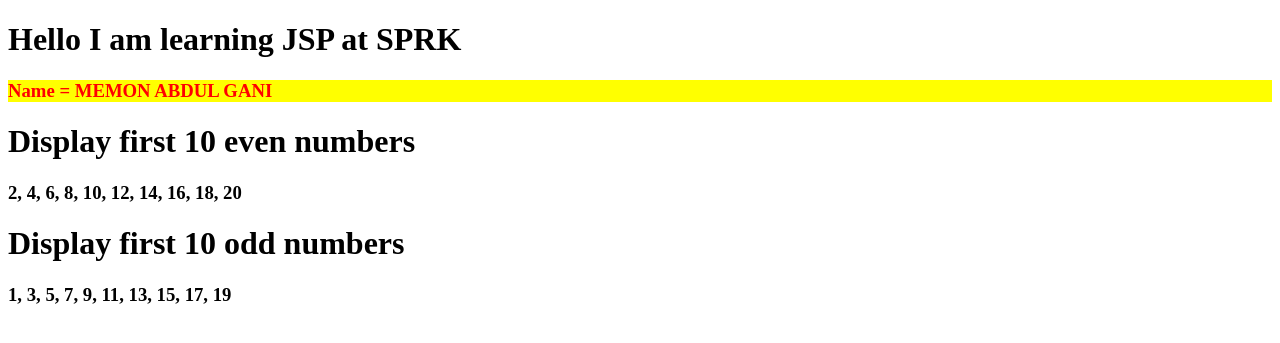
Repository: Gani25/adv_java_b2
Page: http://localhost/jsp_demo/demo.jsp
An editor plug-in stored every save of this project. The page is shown before and after the next save, followed by the edit.
The browser window is 1280 px wide. The pictures show the whole page.
The page is served by Tomcat 9. Other server files are loaded and not shown.

Above is the page before, as saved 2025-08-21 11:13:09.

### jsp_demo/src/main/webapp/demo.jsp
<%@page import="java.util.Date"%>
<%@ page language="java" contentType="text/html; charset=UTF-8"
	pageEncoding="UTF-8"%>
<!DOCTYPE html>
<html>
<head>
<meta charset="UTF-8">
<title>Demo JSP Page</title>
</head>
<body>
	<h1>Hello I am learning JSP at SPRK</h1>

	<%
	String name = "Memon Abdul Gani";

	String nameUpper = name.toUpperCase();

	// implicit objects
	out.print("<h3 style=\"color:red; background-color:yellow;\">Name = " + nameUpper + "</h3>");
	%>

	<h1>Display first 10 even numbers</h1>
	<%
		out.print("<h3>"+displayEvenOrOdd(10, "EVEN")+"</h3>");
	%>
	<h1>Display first 10 odd numbers</h1>
	<%
		out.print("<h3>"+displayEvenOrOdd(10, "ODD")+"</h3>");

	%>

	<%!StringBuilder displayEvenOrOdd(int number, String choice) {
		choice = choice.trim().toLowerCase();
		StringBuilder sb = new StringBuilder();
		if (choice.equalsIgnoreCase("even") || choice.contains("even")) {
			for (int i = 2; i <= number * 2; i += 2) {
				String msg;
				if (i == number * 2) {
					msg = i +"";
				} else {
					msg = i + ", ";
				}
				sb.append(msg);
			}
		}else{
			for (int i = 1; i <= number * 2; i += 2) {
				String msg;
				if (i == number * 2-1) {
					msg = i +"";
				} else {
					msg = i + ", ";
				}
				sb.append(msg);
			}
		}

		return sb;
	}%>
</body>
</html>

After the next save:
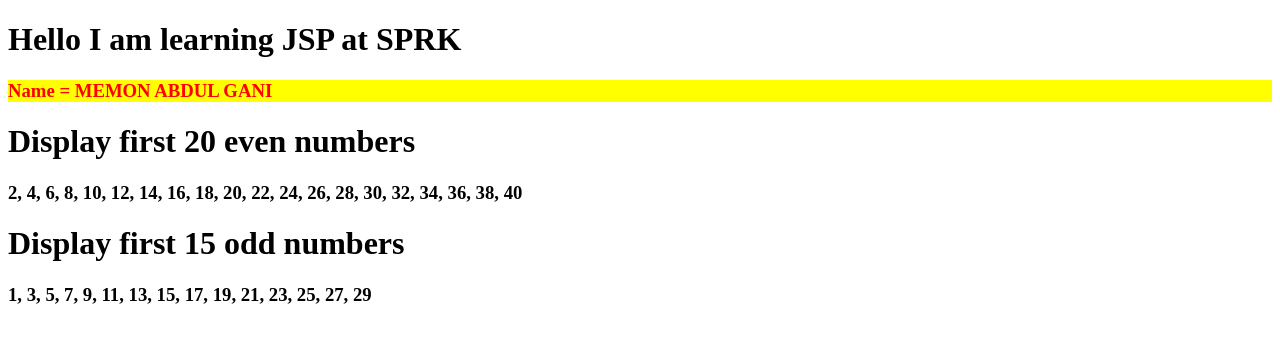
Saved 51 s later.
--- a/jsp_demo/src/main/webapp/demo.jsp
+++ b/jsp_demo/src/main/webapp/demo.jsp
@@ -19,13 +19,13 @@
 	out.print("<h3 style=\"color:red; background-color:yellow;\">Name = " + nameUpper + "</h3>");
 	%>
 
-	<h1>Display first 10 even numbers</h1>
+	<h1>Display first 20 even numbers</h1>
 	<%
-		out.print("<h3>"+displayEvenOrOdd(10, "EVEN")+"</h3>");
+		out.print("<h3>"+displayEvenOrOdd(20, "EVEN")+"</h3>");
 	%>
-	<h1>Display first 10 odd numbers</h1>
+	<h1>Display first 15 odd numbers</h1>
 	<%
-		out.print("<h3>"+displayEvenOrOdd(10, "ODD")+"</h3>");
+		out.print("<h3>"+displayEvenOrOdd(15, "ODD")+"</h3>");
 
 	%>
 
